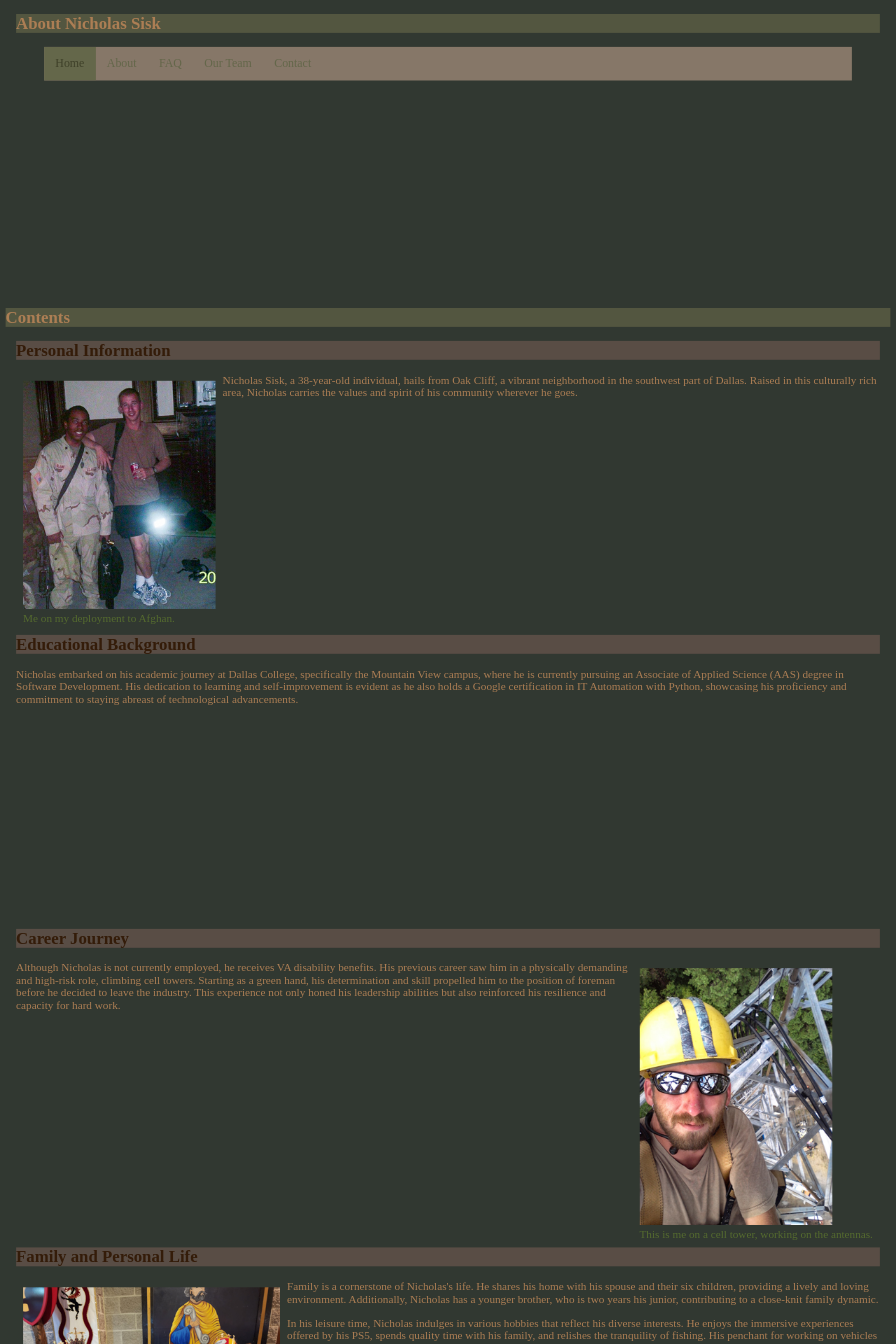
Repository: nsisk1/web-page-project
Page: index.html
The author's editor kept a copy of each file at every save. The page is drawn from the files as they stood at one save, then again after the next save.
The browser window is 1280 px wide. The pictures show the part of the page from y = 0 to 1920 px (the page is 3961 px tall before and 4017 px after), at 70% of full size.

Above is the page before, as saved 2024-07-31 20:04:49.

After the next save:
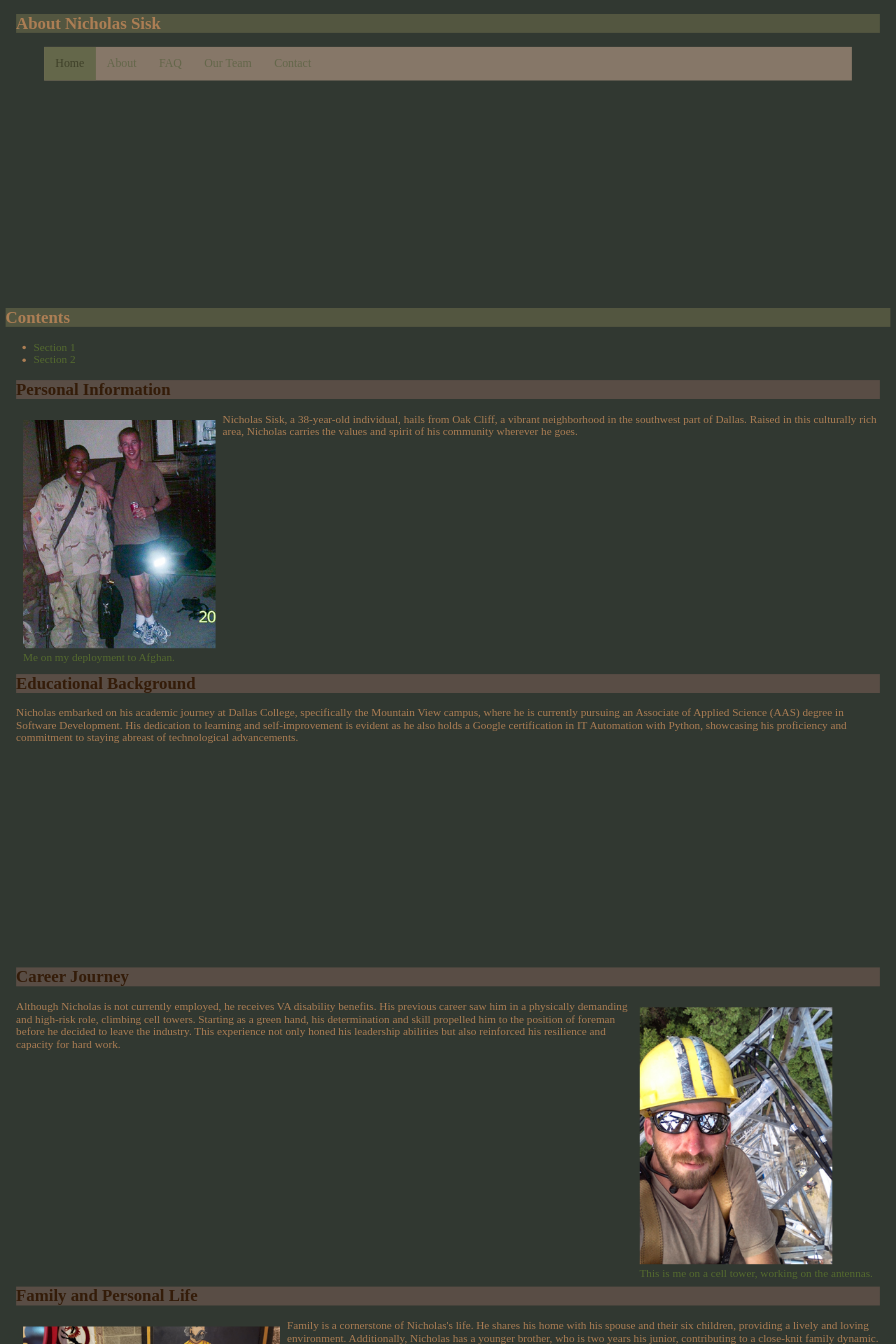
Saved 2 h 50 min later.
--- a/index.html
+++ b/index.html
@@ -23,8 +23,14 @@
             </figure>
         </article>
         <aside>
-            <h1>Contents</h1>
-        </aside>
+    <h1>Contents</h1>
+    <ul class="content-links">
+        <li><a href="#section1">Section 1</a></li>
+        <li><a href="#section2">Section 2</a></li>
+        <!-- Add more links for other sections as needed -->
+    </ul>
+</aside>
+
         <article class="art">
             <h2>Personal Information</h2>
             <figure class="image">
